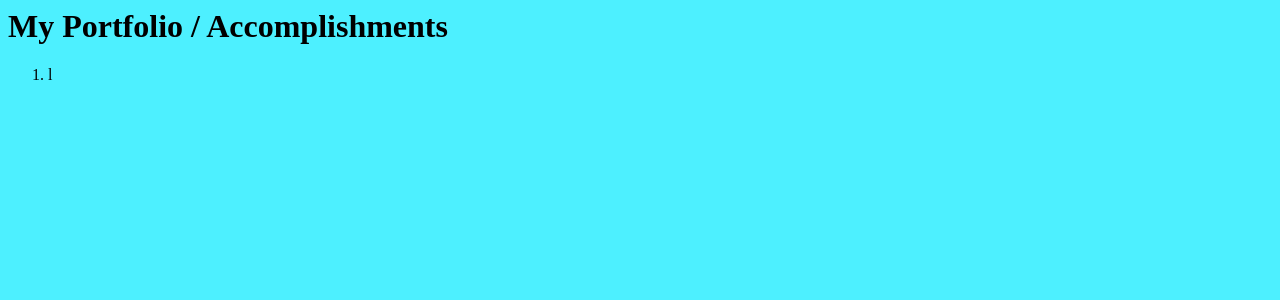
Repository: NawrasKassar/NawrasKassar.github.io
Page: portfolio.html
The author's editor kept a record of every edit. The page is drawn from the files as they stood at one moment, then again after the next edit.
The browser window is 1280 px wide. The pictures show the whole page.

Above is the page before.

After the next edit:
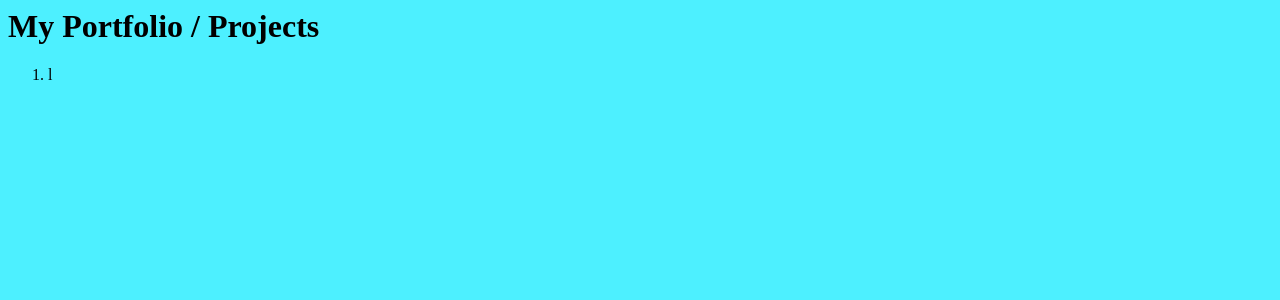
The edit:
--- a/portfolio.html
+++ b/portfolio.html
@@ -2,7 +2,7 @@
 <head>
     <title>My Portfolio / Accomplishments</title>
     <link rel="stylesheet" href="./styles/style.css">
-    <h1>My Portfolio / Accomplishments</h1>
+    <h1>My Portfolio / Projects</h1>
     <ol>
     <li>l
 
